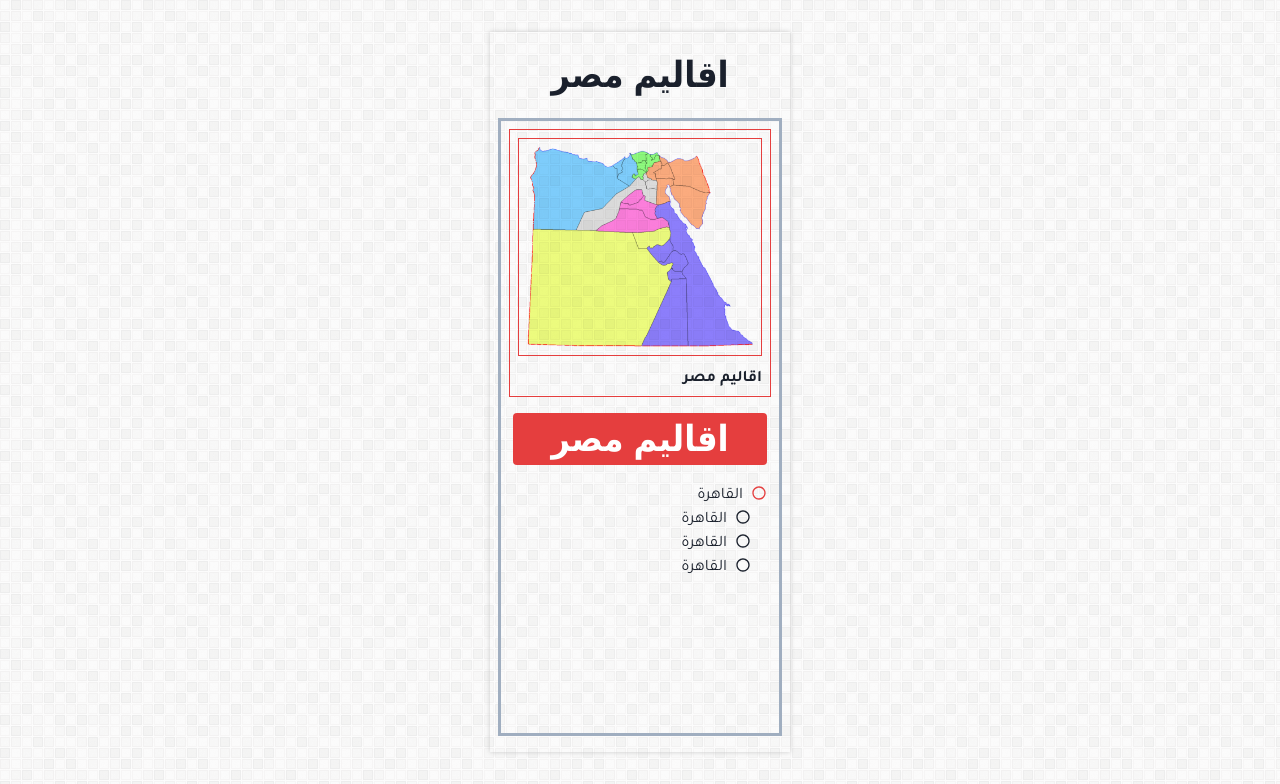
Repository: ahmed-mohamed-eng/egypt-gov-map
Page: /
An editor plug-in stored every save of this project. The page is shown before and after the next save, followed by the edit.
The browser window is 1280 px wide. The pictures show the whole page.
Some web fonts or font styles are not loaded; a fallback is used. The project was rebuilt for these pictures with package versions that can differ from the ones it lists, and the page was loaded fresh each time. The framework's server and built-in components were replaced by stand-ins that run in the browser. Also part of the build but not shown: next.config.js.

Above is the page before, as saved 2022-05-30 13:37:54.

### pages/_app.tsx
import "../styles/globals.css";

import type { AppProps } from "next/app";

import { ChakraProvider, extendTheme } from "@chakra-ui/react";

const theme = extendTheme({
  fonts: {
    heading: `Arial, Helvetica,"Aref Ruqaa" ,'Segoe UI', Tahoma, Geneva, Verdana, sans-serif`,
  },
});

function MyApp({ Component, pageProps }: AppProps) {
  return (
    <ChakraProvider theme={theme}>
      <Component {...pageProps} />
    </ChakraProvider>
  );
}

export default MyApp;

### pages/_document.tsx
import Document, {
  Html,
  Head,
  Main,
  NextScript,
  DocumentContext,
} from "next/document";

class MyDocument extends Document {
  static async getInitialProps(ctx: DocumentContext) {
    const initialProps = await Document.getInitialProps(ctx);
    return { ...initialProps };
  }

  render() {
    return (
      <Html dir="rtl" lang="ar">
        <Head />
        <body>
          <Main />
          <NextScript />
        </body>
      </Html>
    );
  }
}

export default MyDocument;

### pages/index.tsx
import type { NextPage } from "next";

// Custom Components
import Header from "../components/Header";
import PageContainer from "../components/PageContainer";
import MainContentArea from "../components/MainContentArea";

const Home: NextPage = () => {
  return (
    <PageContainer>
      <Header headerTitle="اقاليم مصر" />
      <MainContentArea />
    </PageContainer>
  );
};

export default Home;

### styles/globals.css
@import url("https://fonts.googleapis.com/css2?family=Amiri:ital,wght@0,700;1,400;1,700&family=Aref+Ruqaa:wght@400;700&family=Tajawal:wght@300;400;500;700;800;900&display=swap");

@tailwind base;
@tailwind components;
@tailwind utilities;

html,
body {
  padding: 0;
  margin: 0;
  font-family: -apple-system, BlinkMacSystemFont, Segoe UI, Roboto, Oxygen,
    Ubuntu, Cantarell, Fira Sans, Droid Sans, Helvetica Neue, sans-serif;
}

a {
  color: inherit;
  text-decoration: none;
}

* {
  box-sizing: border-box;
  font-family: Arial, Helvetica, "Tajawal", "Aref Ruqaa", "Segoe UI", Tahoma,
    Geneva, Verdana, sans-serif;
}

### components/Header/index.tsx
export { Header as default } from "./Header";

### components/PageContainer/index.tsx
export { PageContainer as default } from "./PageContainer";

### components/MainContentArea/index.tsx
export { MainContentArea as default } from "./MainContentArea";

### components/Header/Header.tsx
import { Flex, Heading } from "@chakra-ui/react";

export interface HeaderProps {
  headerTitle: string;
}

export const Header = (props: HeaderProps) => {
  return (
    <Flex
      as="header"
      justifyContent="center"
      alignItems="center"
      fontSize="1.5rem"
      fontFamily="arabic"
      flex="1"
    >
      <Heading as="h1">{props.headerTitle}</Heading>
    </Flex>
  );
};

### components/PageContainer/PageContainer.tsx
import { Center, Flex, VStack } from "@chakra-ui/react";

// import bgImage from "../../images/backgroundImage.png";

export const PageContainer = (props: any) => {
  return (
    <Flex backgroundImage={`url(../../images/backgroundImage.png)`}>
      <Center w="full" h="full" py="2rem">
        <VStack
          width={["300px"]}
          minH="100vh"
          boxShadow="0 0 5px #CACACA"
          py="1rem"
          px="0.5rem"
          spacing="1rem"
        >
          {props.children}
        </VStack>
      </Center>
    </Flex>
  );
};

### components/MainContentArea/MainContentArea.tsx
import { VStack } from "@chakra-ui/react";

// Custom Components.
import MapArea from "./MapArea";
import QuickNavigationArea from "./QuickNavigationArea";

export const MainContentArea = () => {
  return (
    <VStack
      as="main"
      w="full"
      p="0.5rem"
      spacing="1rem"
      borderWidth="medium"
      borderColor="gray.400"
      flex="14"
    >
      <MapArea />
      <QuickNavigationArea />
    </VStack>
  );
};

### components/MainContentArea/MapArea/index.tsx
export { MapArea as default } from "./MapArea";

### components/MainContentArea/QuickNavigationArea/index.tsx
export { QuickNavigationArea as default } from "./QuickNavigationArea";

### components/MainContentArea/MapArea/MapArea.tsx
import { VStack } from "@chakra-ui/react";

// Custom Components.
import MapImage from "./MapImage";
import MapInfoDisplayedLinks from "./MapInfoDisplayedLinks";

export const MapArea = () => {
  return (
    <VStack
      borderWidth="thin"
      borderColor="red.500"
      p="0.5rem"
      w="full"
      spacing="0.5rem"
    >
      <MapImage />
      <MapInfoDisplayedLinks
        breadcrumbItems={[
          {
            text: "اقاليم مصر",
            url: "#",
          },
        ]}
      />
    </VStack>
  );
};

### components/MainContentArea/QuickNavigationArea/QuickNavigationArea.tsx
import { VStack, Heading } from "@chakra-ui/react";
import CitiesList from "./CitiesList";

export const QuickNavigationArea = () => {
  return (
    <VStack w="full" spacing="1rem" px="0.25rem">
      <Heading
        w="full"
        h="fit-content"
        borderRadius="0.25rem"
        color="white"
        bg="red.500"
        p="0.25rem"
        textAlign="center"
      >
        اقاليم مصر
      </Heading>
      <CitiesList
        list={[
          {
            provinceName: "القاهرة",
            url: "https://www.google.com",
            childItems: [
              {
                cityName: "القاهرة",
                url: "https://www.google.com/",
              },
              {
                cityName: "القاهرة",
                url: "https://www.google.com/",
              },
              {
                cityName: "القاهرة",
                url: "https://www.google.com/",
              },
            ],
          },
        ]}
      />
    </VStack>
  );
};

### components/MainContentArea/MapArea/MapImage/index.tsx
export { MapImage as default } from "./MapImage";

### components/MainContentArea/MapArea/MapInfoDisplayedLinks/index.tsx
export { MapInfoDisplayedLinks as default } from "./MapInfoDisplayedLinks";

### components/MainContentArea/QuickNavigationArea/CitiesList/index.tsx
export { CitiesList as default } from "./CitiesList";

### components/MainContentArea/MapArea/MapImage/MapImage.tsx
import React from "react";

import { Flex, Image } from "@chakra-ui/react";

// Images Sources.
import mapImage from "../../../../images/Egypt_Provinces.webp";

export const MapImage = () => {
  return (
    <Flex borderWidth="thin" borderColor="red.500" p="0.5rem">
      <Image mixBlendMode="multiply" src={mapImage.src} alt="Egypt Province Map" />
    </Flex>
  );
};

### components/MainContentArea/MapArea/MapInfoDisplayedLinks/MapInfoDisplayedLinks.tsx
import { v4 as uuidV4 } from "uuid";

import { Breadcrumb, BreadcrumbItem, BreadcrumbLink } from "@chakra-ui/react";

export type BreadcrumbElement = {
  url: string;
  text: string;
};

export interface MapInfoDisplayedLinksProps {
  breadcrumbItems: Array<BreadcrumbElement>;
}

export const MapInfoDisplayedLinks = (props: MapInfoDisplayedLinksProps) => {
  const breadcrumbItems = props.breadcrumbItems.map((item) => {
    return (
      <BreadcrumbItem key={uuidV4()}>
        <BreadcrumbLink fontWeight="600" href={item.url}>
          {item.text}
        </BreadcrumbLink>
      </BreadcrumbItem>
    );
  });

  return <Breadcrumb w="full">{breadcrumbItems}</Breadcrumb>;
};

### components/MainContentArea/QuickNavigationArea/CitiesList/CitiesList.tsx
import { v4 as uuidV4 } from "uuid";

import { List, ListItem, ListIcon } from "@chakra-ui/react";

import { BiCircle } from "react-icons/bi";

export type city = {
  cityName: string;
  url: string;
};

export type province = {
  provinceName: string;
  url: string;
  childItems: Array<city>;
};

export interface CitiesListProps {
  list: Array<province>;
}

export const CitiesList = (props: CitiesListProps) => {
  const items = props.list.map((item, parentIndex) => {
    return (
      <List key={uuidV4()}>
        <ListItem as="a" href={item.url}>
          <ListIcon as={BiCircle} color="red.500" fill="red.500" />
          {item.provinceName}
        </ListItem>
        {item.childItems.map((childItem) => {
          return (
            <List key={uuidV4()} pr={`${parentIndex + 1}rem`}>
              <ListItem as="a" href={childItem.url}>
                <ListIcon as={BiCircle} />
                {childItem.cityName}
              </ListItem>
            </List>
          );
        })}
      </List>
    );
  });
  return <List w="full">{items}</List>;
};

Loaded but not shown: tailwind.config.js (common file)

After the next save:
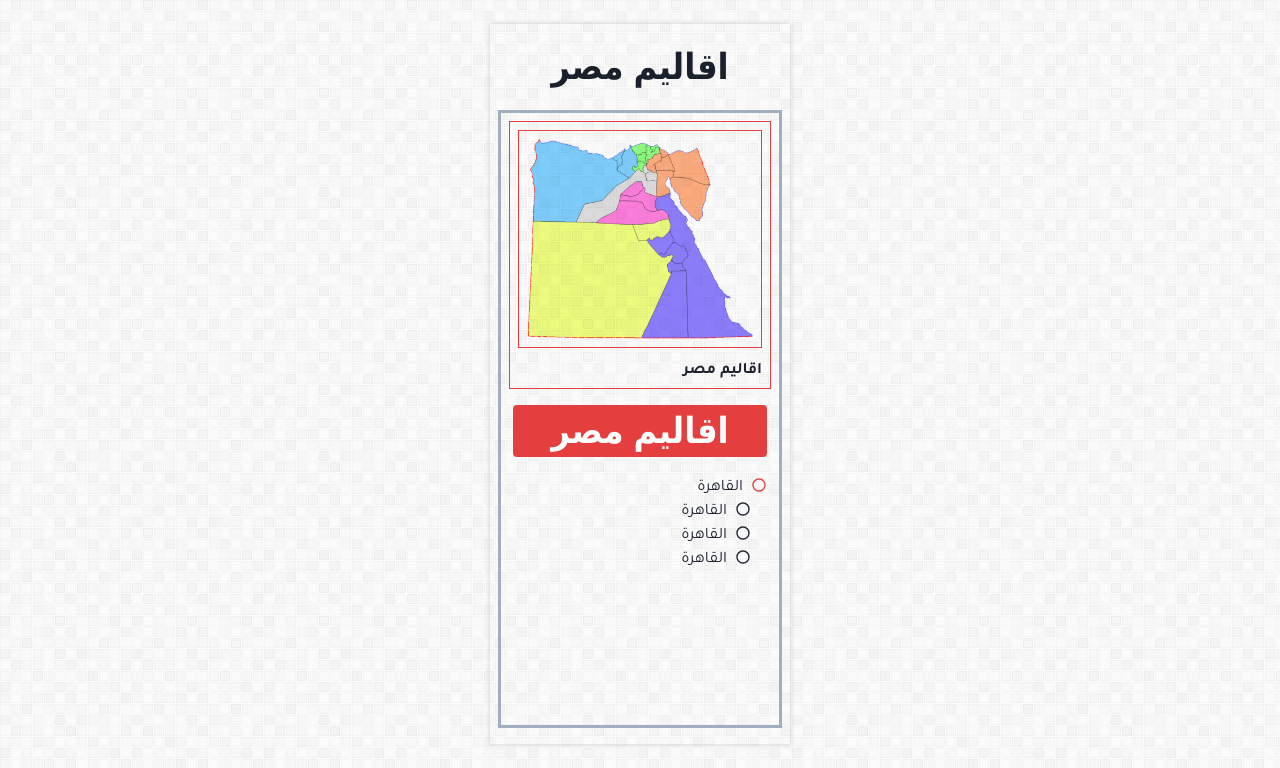
Saved 9 s later.
--- a/components/PageContainer/PageContainer.tsx
+++ b/components/PageContainer/PageContainer.tsx
@@ -5,7 +5,7 @@ import { Center, Flex, VStack } from "@chakra-ui/react";
 export const PageContainer = (props: any) => {
   return (
     <Flex backgroundImage={`url(../../images/backgroundImage.png)`}>
-      <Center w="full" h="full" py="2rem">
+      <Center w="full" h="full" py="1.5rem">
         <VStack
           width={["300px"]}
           minH="100vh"
